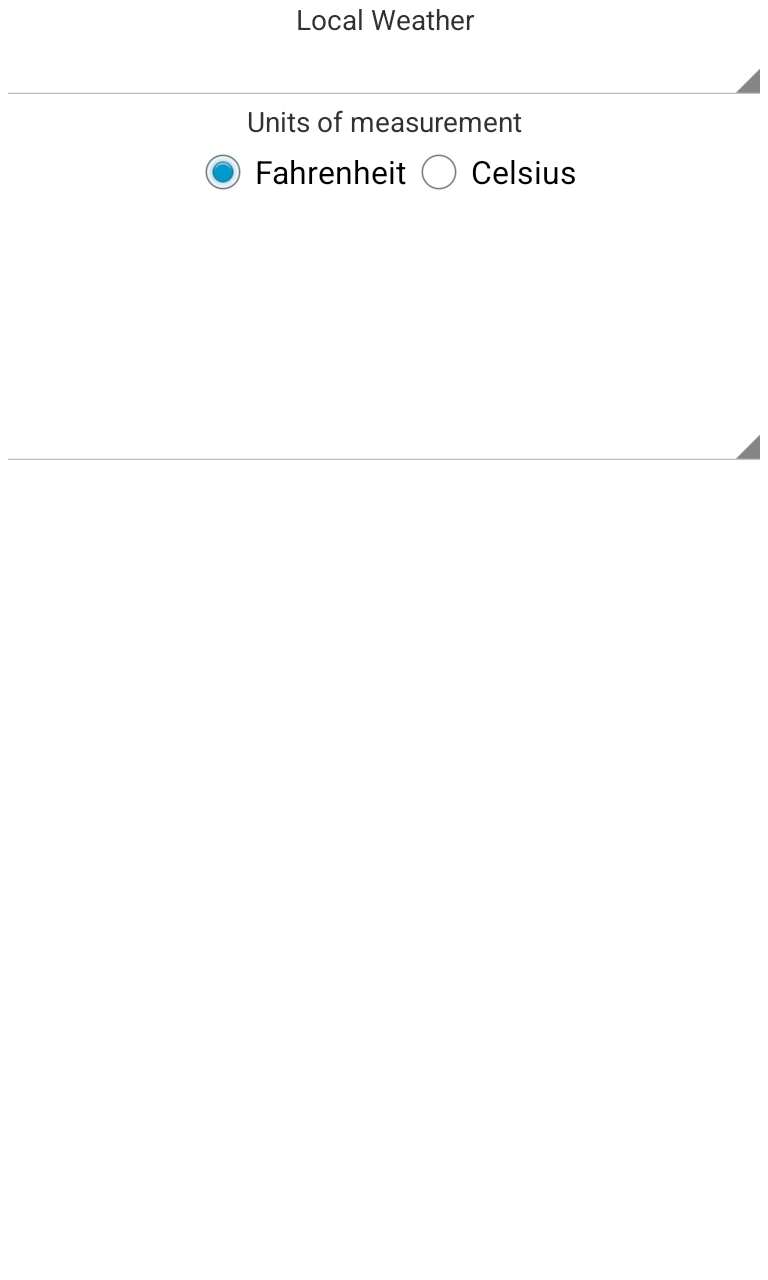
Repository: efreestone/Java1
Layout: Java1Project4/res/layout/activity_main.xml
These files come from the project's save history. The layout is drawn as it stood at one moment and after the next save; the edit follows.
It is drawn on a 768 x 1280 px phone screen (xhdpi) without system bars, with theme AppTheme; the app's code is not run.

Above is the layout before, as saved 2014-03-25 21:02:05.

### Java1Project4/res/layout/activity_main.xml
<?xml version="1.0" encoding="utf-8"?>
<LinearLayout xmlns:android="http://schemas.android.com/apk/res/android"
    android:layout_width="match_parent"
    android:layout_height="match_parent"
    android:orientation="vertical" >

    <!-- Top Linear Layout with controls -->
    <!-- <LinearLayout
        android:layout_width="match_parent"
        android:layout_height="wrap_content"
        android:orientation="horizontal"> -->

        <!-- Title -->
        <TextView
            android:id="@+id/titleView"
            android:layout_width="match_parent"
            android:layout_height="wrap_content"
            android:gravity="center"
            android:text="@string/titleString"/>

        <!-- City Spinner -->
        <Spinner
            android:id="@+id/citySpinner"
            android:layout_width="match_parent"
            android:layout_height="wrap_content"/>

        <!-- Measurement Title -->
        <TextView
            android:id="@+id/measureTitleView"
            android:layout_width="match_parent"
            android:layout_height="wrap_content"
            android:gravity="center"
            android:text="@string/measureTitleString"/>

        <!-- Measurement Radio Buttons -->
        <RadioGroup
            android:id="@+id/tempUnitRadioGroup"
            android:layout_width="wrap_content"
            android:layout_height="wrap_content"
            android:layout_gravity="center"
            android:orientation="horizontal" >

            <RadioButton
                android:id="@+id/fahrenheitRadio"
                android:layout_width="match_parent"
                android:layout_height="wrap_content"
                android:text="@string/fahrenheitString"
                android:checked="true"/>

            <RadioButton
                android:id="@+id/celsiusRadio"
                android:layout_width="match_parent"
                android:layout_height="wrap_content"
                android:text="@string/celsiusString"/>
        </RadioGroup>

        <!-- Current Spinner -->
        <Spinner
            android:id="@+id/currentSpinner"
            android:layout_width="match_parent"
            android:layout_height="wrap_content"
            android:layout_marginTop="100dp"/>

    <!-- </LinearLayout> -->

</LinearLayout>

### Java1Project4/res/values/strings.xml
<?xml version="1.0" encoding="utf-8"?>
<resources>

    <string name="app_name">Java1Project4</string>
    <string name="action_settings">Settings</string>
    <string name="hello_world">Hello world!</string>

    <!-- Title and button strings -->
    <string name="titleString">Local Weather</string>
    <string name="measureTitleString">Units of measurement</string>
    <string name="weatherButtonString">Get Weather</string>
    <string name="displayTempString">Please select a city and measurement unit</string>

    <!-- Connection Alert strings -->
    <string name="noConnectionTitle">Connection Error</string>
    <string name="noConnectionAlert">This application requires internet access. Please check your network connection and try again.</string>

    <!-- Main URL strings -->
    <string name="mainURLString">http://api.wunderground.com/api/8204b5c9bf753afb/</string>
    <string name="conditionsURLString">conditions/q/</string>
    <string name="forecastURLString">forecast/q/</string>
    <!-- City URL strings -->
    <string name="lovelandString">CO/Loveland.json</string>
    <string name="losAngelesString">CA/Los_Angeles.json</string>
    <string name="newYorkString">NY/New_York.json</string>
    <string name="chicagoString">IL/Chicago.json</string>
    <string name="orlandoString">FL/Orlando.json</string>

    <!-- Radio Button Text -->
    <string name="fahrenheitString">Fahrenheit</string>
    <string name="celsiusString">Celsius</string>

    <!-- Cities array for first spinner -->
    <string-array name="cities_array">
        <item >Loveland</item>
        <item >Los Angeles</item>
        <item >New York</item>
        <item >Chicago</item>
        <item >Orlando</item>
    </string-array>

    <!-- Array for second spinner -->
    <string-array name="current_forecast">
        <item >Current Weather</item>
        <item >3-day Forecast</item>
    </string-array>

</resources>

Loaded but not shown: Java1Project4/res/values/styles.xml (common file); Java1Project4/res/values-v11/styles.xml (common file); Java1Project4/res/values-v14/styles.xml (common file)

After the next save:
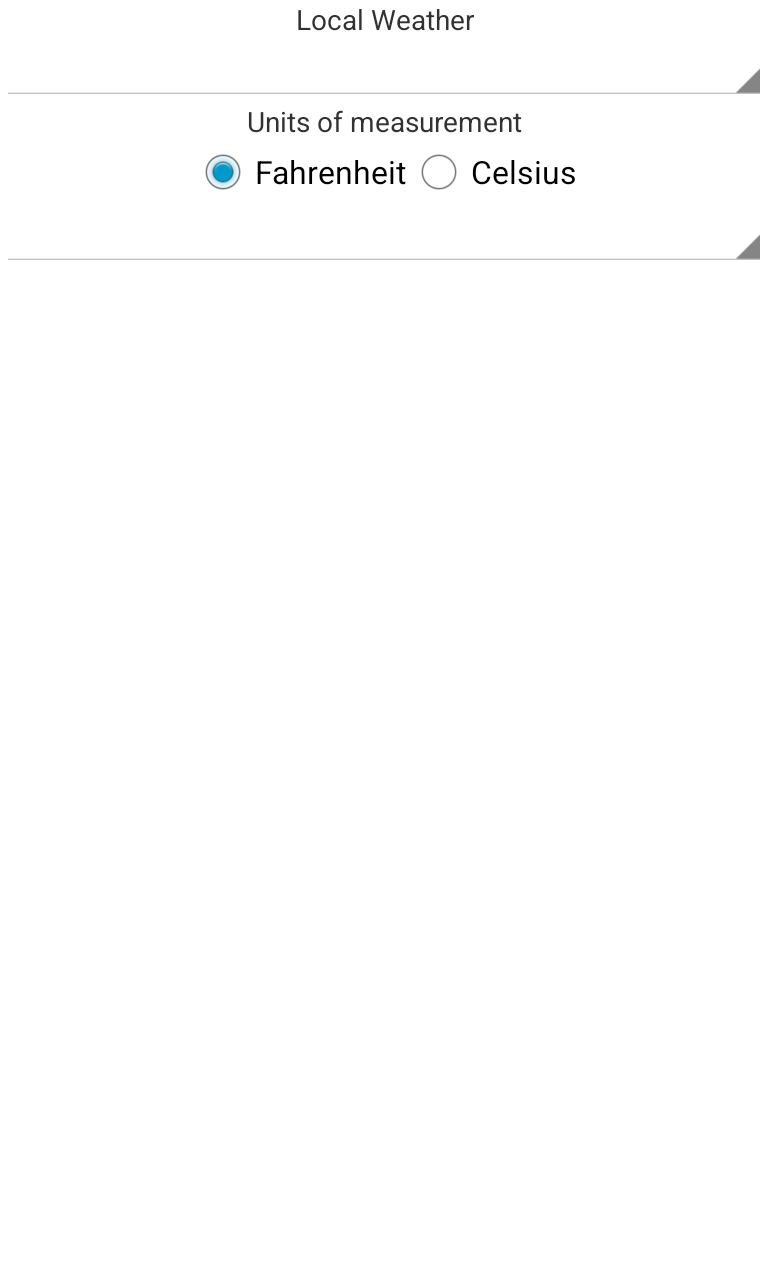
Saved 39 s later.
--- a/Java1Project4/res/layout/activity_main.xml
+++ b/Java1Project4/res/layout/activity_main.xml
@@ -59,7 +59,7 @@
             android:id="@+id/currentSpinner"
             android:layout_width="match_parent"
             android:layout_height="wrap_content"
-            android:layout_marginTop="100dp"/>
+            android:layout_marginBottom="100dp"/>
 
     <!-- </LinearLayout> -->
 
